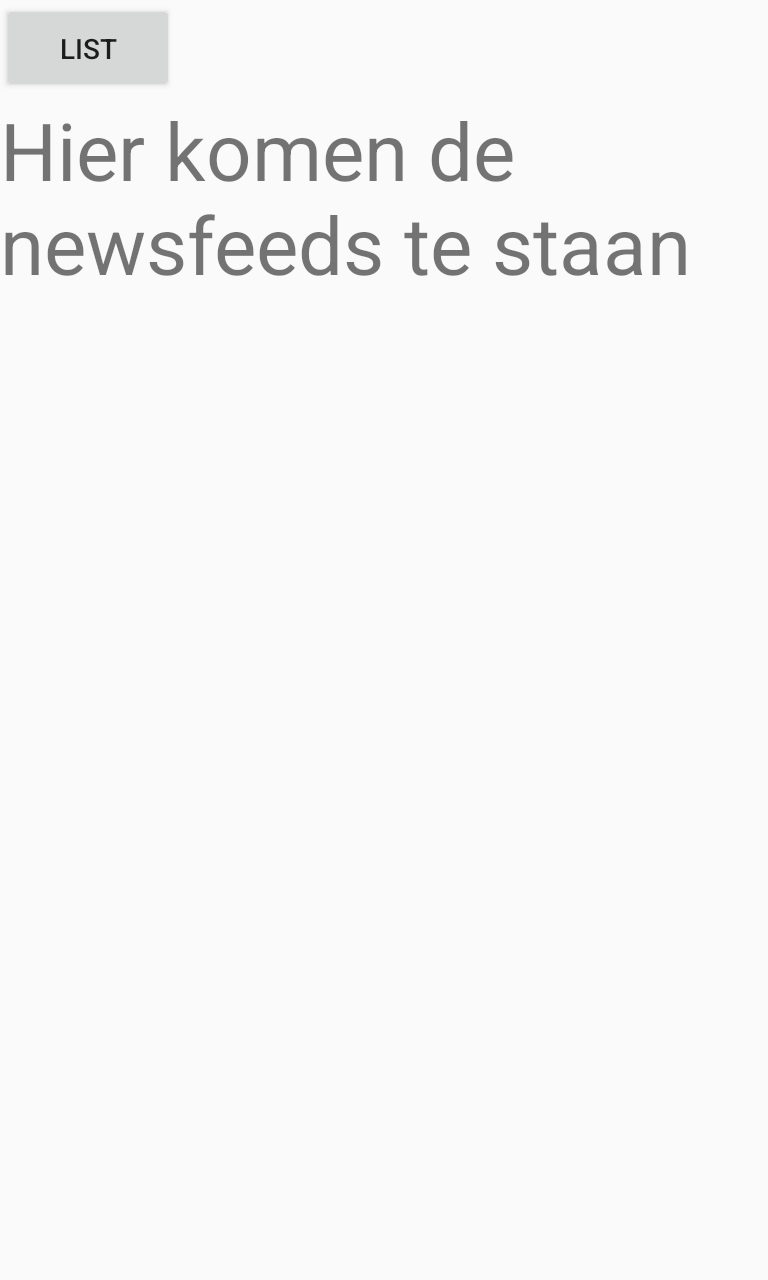
Repository: MarcSelles/BeatYourBucketAndroid
Layout: The_app/BeatYourBucket/res/layout/tab1_view.xml
These files come from the project's save history. The layout is drawn as it stood at one moment and after the next save; the edit follows.
Pictures or frames that could not be fetched are drawn as grey boxes. It is drawn on a 768 x 1280 px phone screen (xhdpi) without system bars, with theme AppTheme; the app's code is not run.

Above is the layout before, as saved 2015-01-15 16:55:00.

After the next save:
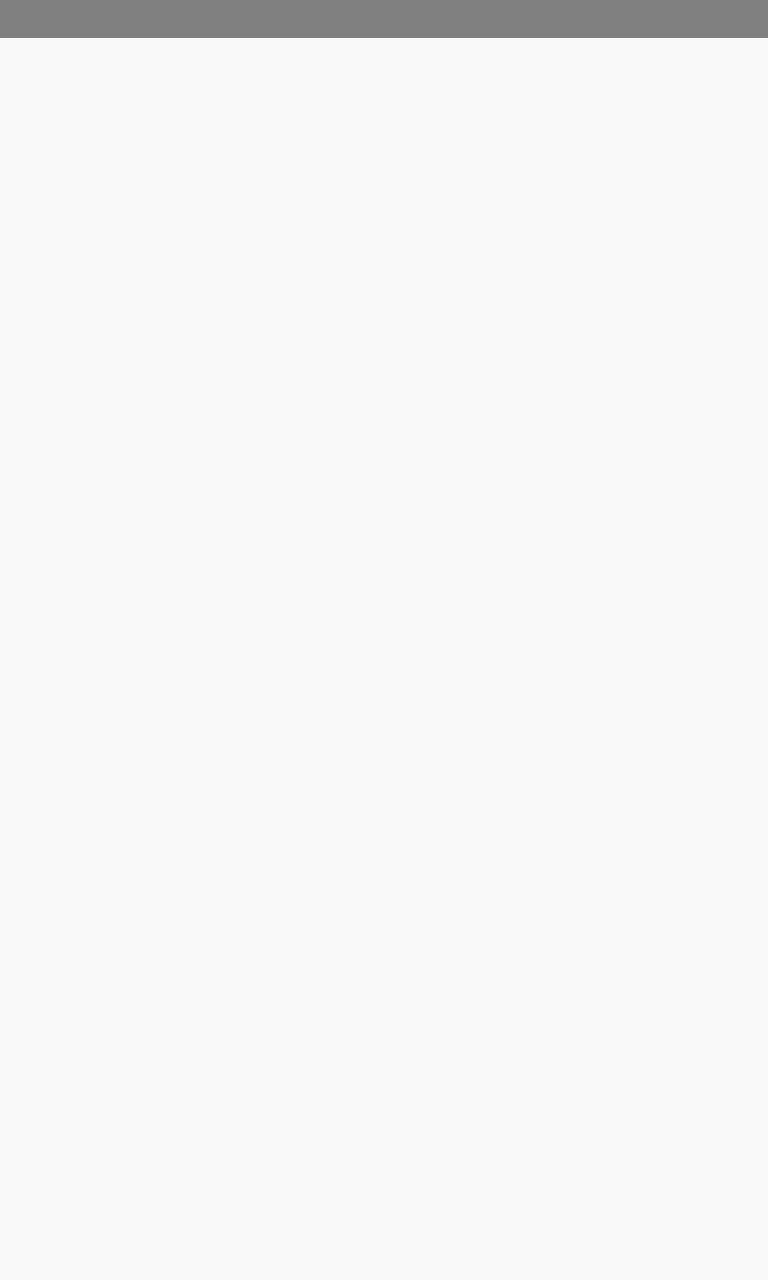
Saved 52 min 20 s later.
--- a/The_app/BeatYourBucket/res/layout/tab1_view.xml
+++ b/The_app/BeatYourBucket/res/layout/tab1_view.xml
@@ -6,17 +6,11 @@
     android:orientation="vertical"
     tools:context=".DeviceFragment" >
 
-    <Button
-        android:id="@+id/list"
-        android:layout_width="wrap_content"
+    <fragment
+        android:id="@+id/country_fragment"
+        android:name="in.wptrafficanalyzer.listfragmentdemo.CountryList"
+        android:layout_width="fill_parent"
         android:layout_height="wrap_content"
-        android:text="list" />
-
-    <TextView
-        android:id="@+id/hooi"
-        android:layout_width="wrap_content"
-        android:layout_height="wrap_content"
-        android:text="Hier komen de newsfeeds te staan"
-        android:textSize="40sp" />
+   />
 
 </LinearLayout>
